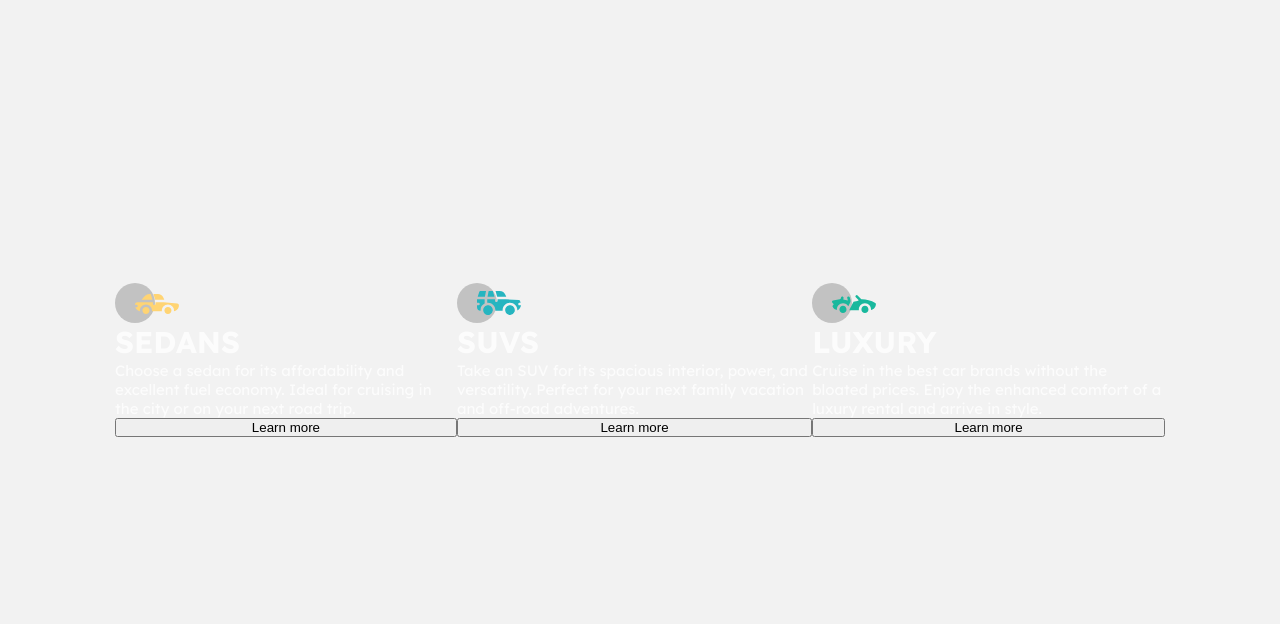
Repository: Pawan-pediredla/frontend-mentors
Page: 3-column-preview-card-component/3-column-preview-card-component-main/markup/index.html
An editor plug-in stored every save of this project. The page is shown before and after a run of saves, followed by the edit.
The browser window is 1280 px wide. The pictures show the whole page.

Above is the page before, as saved 2024-06-22 13:00:41.

After the next 7 saves:
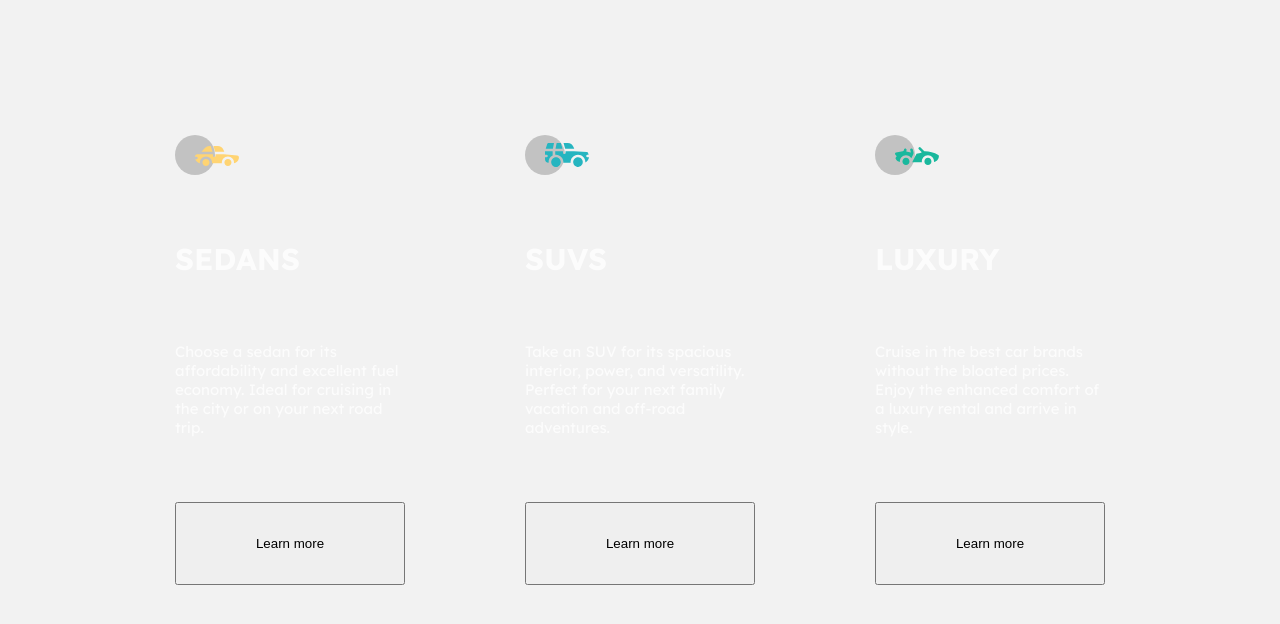
The 7 saves are shown as one change because they came seconds apart.
The last was saved 17 s later.
--- a/3-column-preview-card-component/3-column-preview-card-component-main/styling/index.css
+++ b/3-column-preview-card-component/3-column-preview-card-component-main/styling/index.css
@@ -39,11 +39,7 @@
 }
 .box{
     display: grid;
-    .box {
-        height: 450px;
-        width: 100%;
-        padding: 60px;
-        display: grid;
-    }
-
+     height: 450px;
+     width: 100%;
+     padding: 60px;
 }
